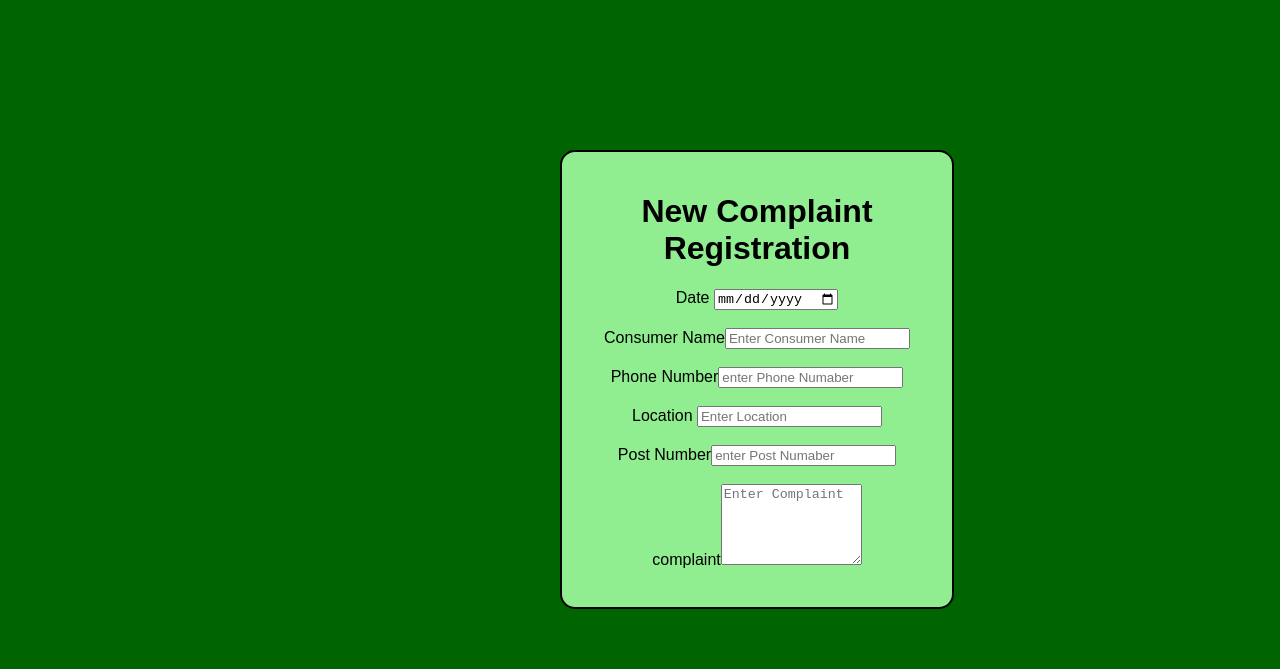
Repository: Jobinte/KSEB-PROJECT
Page: KSEB-complaint-management/WebContent/complaintRegistration.html
An editor plug-in stored every save of this project. The page is shown before and after the next save, followed by the edit.
The browser window is 1280 px wide. The pictures show the whole page.

Above is the page before, as saved 2023-11-22 07:53:58.

### KSEB-complaint-management/WebContent/complaintRegistration.html
<!DOCTYPE html>
<html>
<head>
<meta charset="ISO-8859-1">
<title>complaint registration</title>


<link href="css/complaitReg.css" rel="stylesheet" type="text/css" />


</head>
<body>
	<div class="complaintReg">
		<h1 id="heading">New Complaint Registration</h1>

		<form action="#" name="complaintReg" id="complaintReg" method="post">
			<div class="demo">
			Date <input type="date" /> <br> <br>
			Consumer Name<input type="text" name="consumerName" placeholder="Enter Consumer Name" /> <br> <br>
			Phone Number<input type="text" name="phone" placeholder="enter Phone Numaber " /> <br> <br>
			Location <input type="text" name="location" placeholder="Enter Location " /> <br> <br>
			Post Number<input type="text" name="post" placeholder="enter Post Numaber  " /> <br> <br>
			complaint<textarea rows="5" cols="15" name="complaint"  placeholder="Enter Complaint"></textarea> <br> <br>
			</div>
			</form>
			</div>
			</body>
			</html>

### KSEB-complaint-management/WebContent/css/complaitReg.css
body{
	margin:0;
	padding:0;
	 background-color:darkgreen;
	 font-family:'arial';

}
#heading {
	color:black;
	font:Times new roman;

}
.complaintReg{
	width:350px;
	height:auto;

	padding:20px;
	margin-top:150px;
	margin-left:560px;
	border-radius:15px;
	 border : 2px solid;




	background-color:lightgreen;
	text-align:center;
}
 .demo{
 diplay:inline-block;
 }

After the next save:
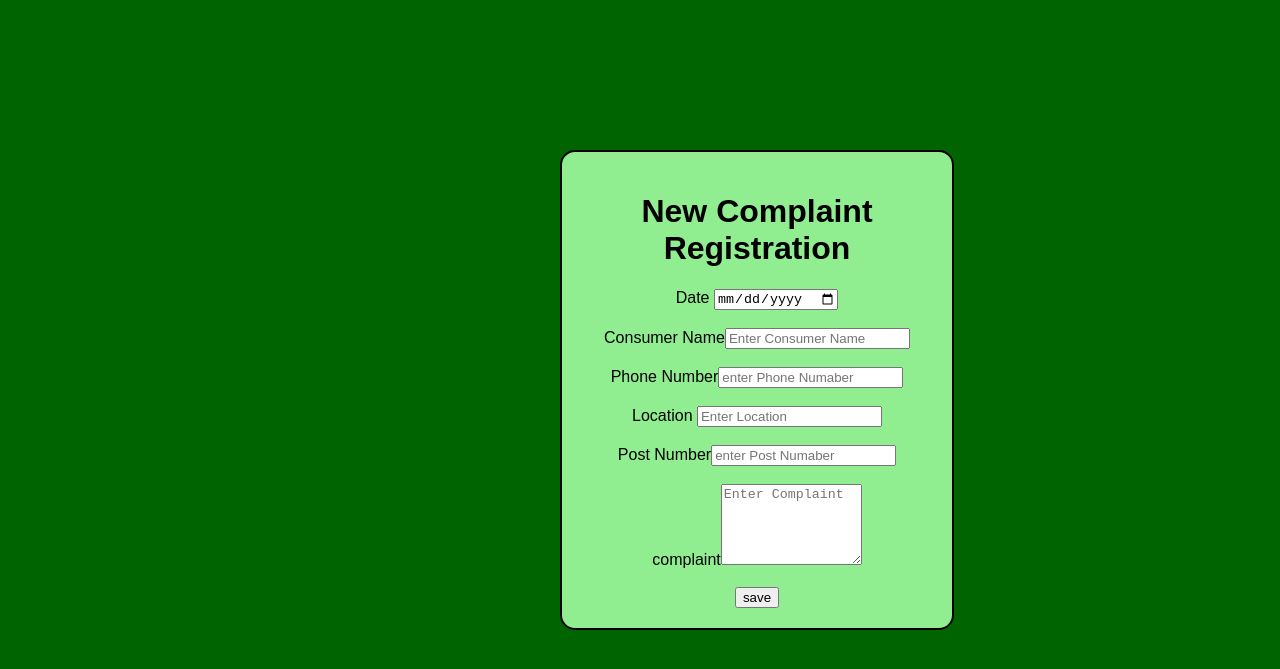
Saved 109 s later.
--- a/KSEB-complaint-management/WebContent/complaintRegistration.html
+++ b/KSEB-complaint-management/WebContent/complaintRegistration.html
@@ -21,6 +21,7 @@
 			Location <input type="text" name="location" placeholder="Enter Location " /> <br> <br>
 			Post Number<input type="text" name="post" placeholder="enter Post Numaber  " /> <br> <br>
 			complaint<textarea rows="5" cols="15" name="complaint"  placeholder="Enter Complaint"></textarea> <br> <br>
+			<input type="submit" value="save" />
 			</div>
 			</form>
 			</div>
